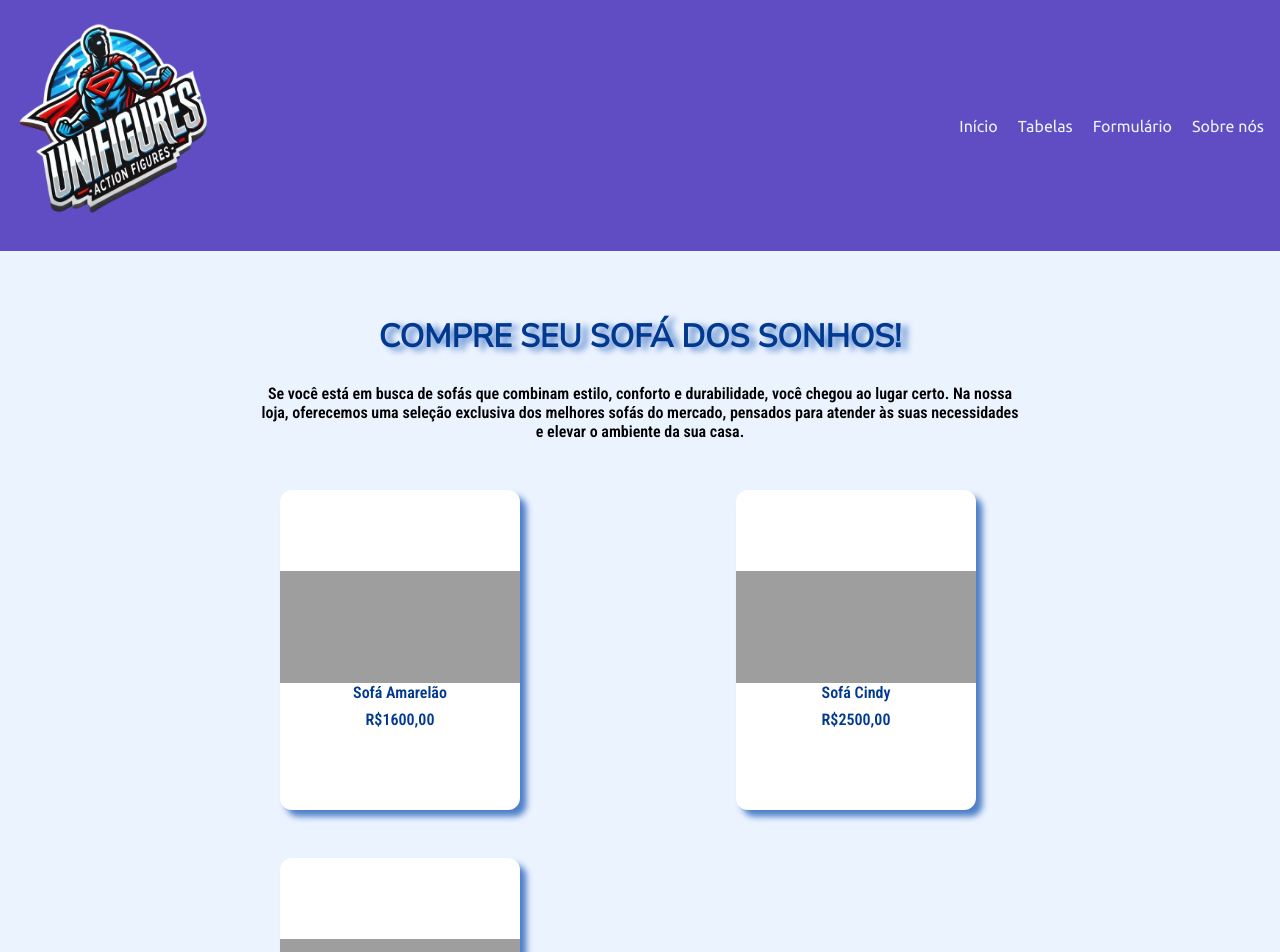
Repository: rafaelhaltarribaFacul/projeto-site
Page: home.html
These files come from the project's save history. The page is drawn as it stood at one moment and after the next save; the edit follows.
The browser window is 1280 px wide. The pictures show the part of the page from y = 0 to 952 px (the page is 1919 px tall before and 1819 px after).
Pictures or frames that could not be fetched are drawn as grey boxes. A picture or video elsewhere on the page could not be fetched, so the positions and the page height are approximate. Some web fonts or font styles are not loaded; a fallback is used.

Above is the page before, as saved 2024-09-19 20:17:23.

After the next save:
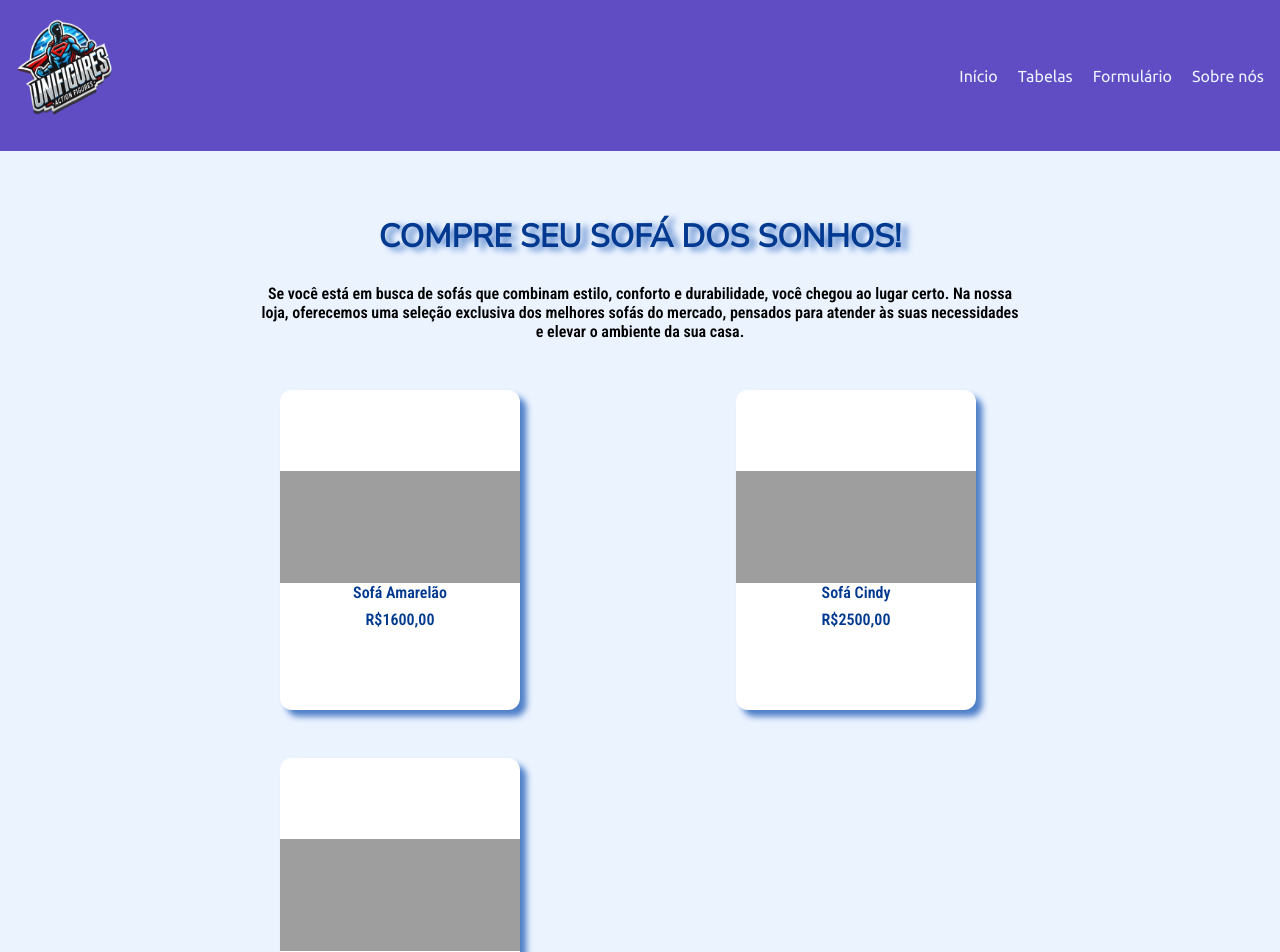
Saved 29 s later.
--- a/css/home.css
+++ b/css/home.css
@@ -51,8 +51,8 @@ body {
 }
 
 .cabecalho__logo img {
-    height: 200px;
-    width: 200px;
+    height: 100px;
+    width: 100px;
 }
 
 .cabecalho__menu {
